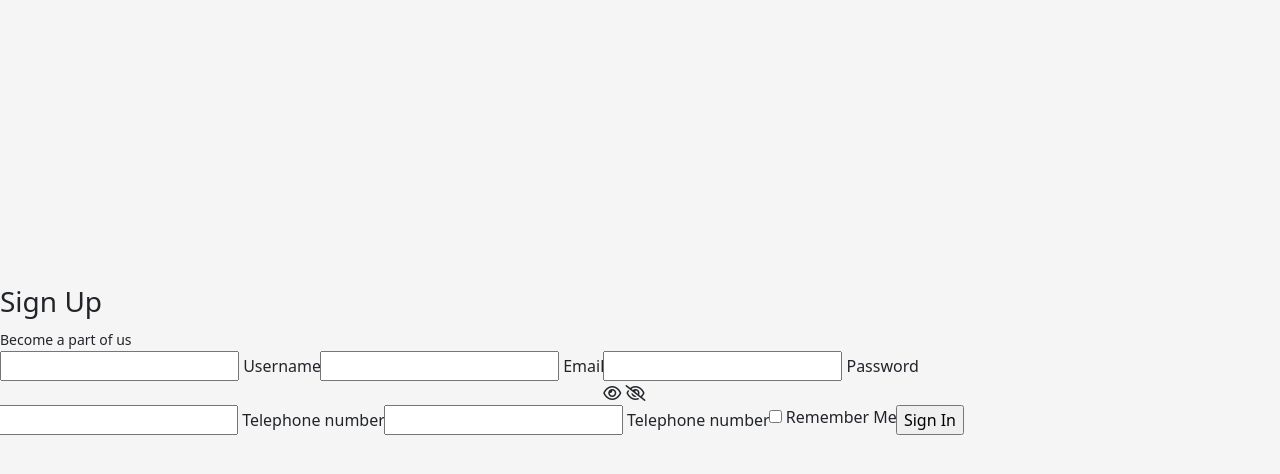
Repository: MauDucKG/BigFarm
Page: http://localhost/BigFarm/views/main/register/index.php
The author's editor kept a copy of each file at every save. The page is drawn from the files as they stood at one save, then again after a run of saves.
The browser window is 1280 px wide. The pictures show the whole page.
Some web libraries are served in a nearby version. The page is run by PHP 8.4 with error messages shown; the project is at /var/www/html/.

Above is the page before, as saved 2023-04-26 18:02:51.

After the next 2 saves:
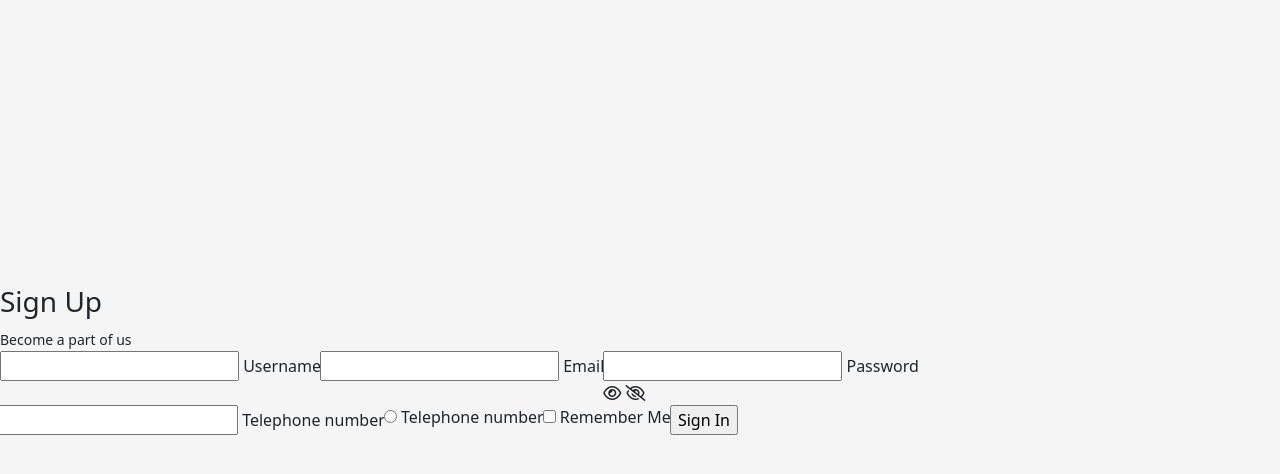
The 2 saves are shown as one change because they came seconds apart.
The last was saved 28 s later.
--- a/views/main/register/index.php
+++ b/views/main/register/index.php
@@ -40,7 +40,7 @@
                 <label for="regUser">Telephone number</label>
             </div>
             <div class="input-field">
-                <input type="text" class="radio" id="regUser" required>
+                <input type="radio" class="input-box" id="regUser" required>
                 <label for="regUser">Telephone number</label>
             </div>
             <div class="remember">
